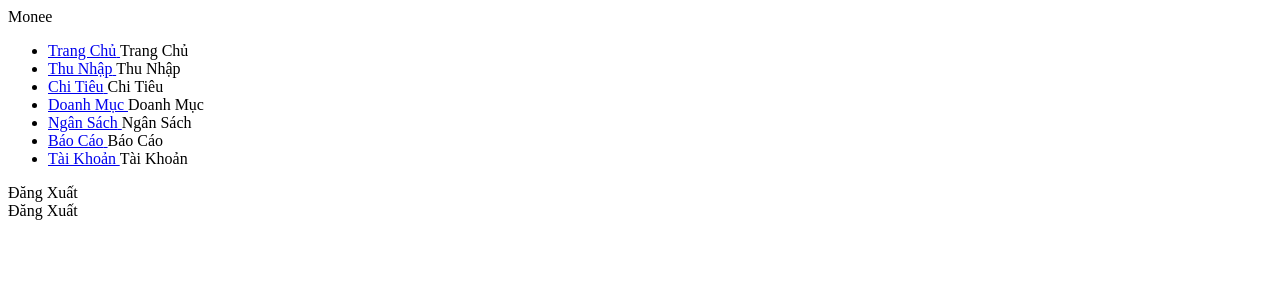
Repository: Dien973/expense_manager
Page: http://localhost/expense_manager/user_page/silebar.php
The author's editor kept a copy of each file at every save. The page is drawn from the files as they stood at one save, then again after the next save.
The browser window is 1280 px wide. The pictures show the whole page.
The page is run by PHP 8.4 with error messages shown; the project is at /var/www/html/.

Above is the page before, as saved 2025-12-05 21:05:46.

After the next save:
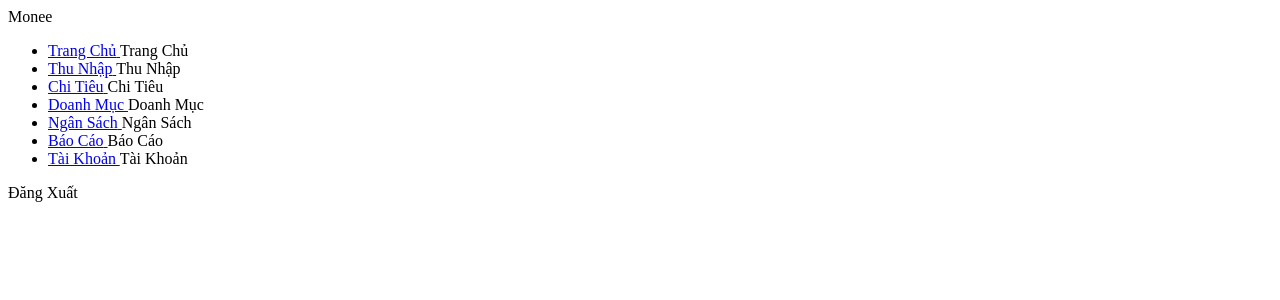
Saved 11 s later.
--- a/user_page/silebar.php
+++ b/user_page/silebar.php
@@ -64,13 +64,6 @@
             <div class="logout">
                 <div class="logout_name">Đăng Xuất</div>
             </div>
-
-            <span class="links_name"></span>
-            <span class="tooltip">Đăng Xuất</span>
-        </div>
-<div class="logout_content">
-
-
         </div>
 
 

After the save that followed:
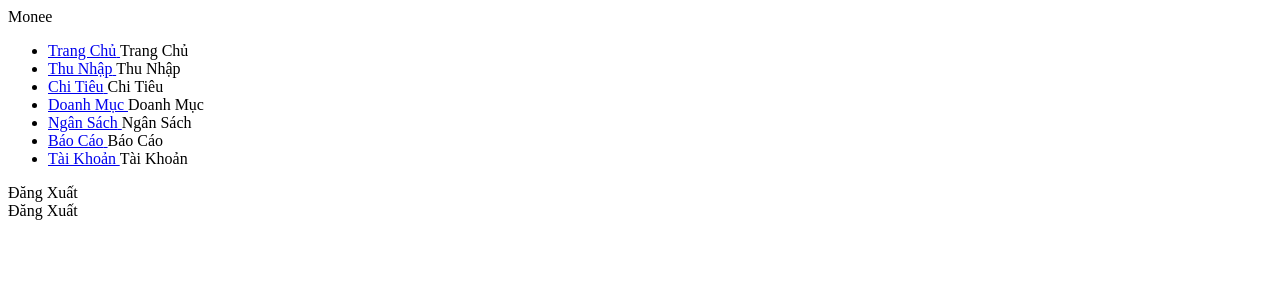
Saved 54 s later.
--- a/user_page/silebar.php
+++ b/user_page/silebar.php
@@ -64,6 +64,13 @@
             <div class="logout">
                 <div class="logout_name">Đăng Xuất</div>
             </div>
+            <i class="fa-solid fa-right-from-bracket" id="btn"></i>
+
+        <span class="links_name"></span>
+        <span class="tooltip">Đăng Xuất</span>
+    </div>
+<div class="logout_content">
+
         </div>
 
 
